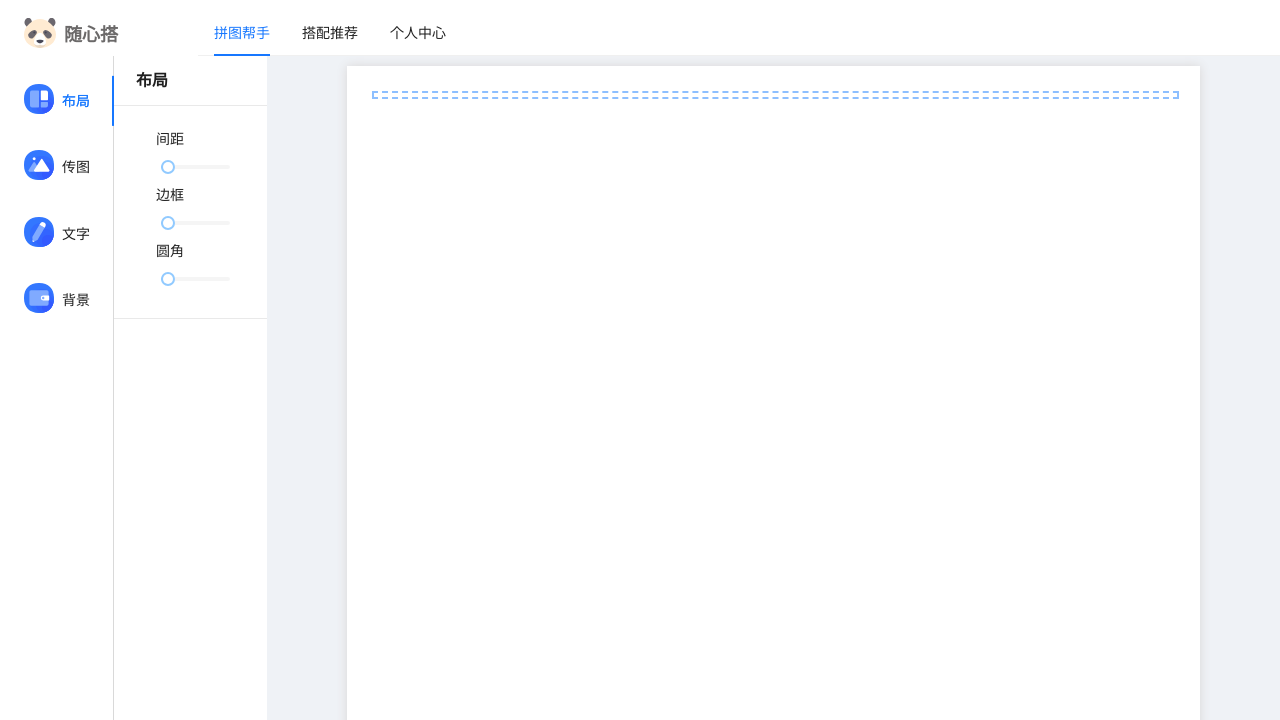
Repository: zzq1101921989/low-code
Page: /
The author's editor kept a copy of each file at every save. The page is drawn from the files as they stood at one save, then again after the next save.
The browser window is 1280 px wide. The pictures show the whole page.
The project was rebuilt for these pictures with package versions that can differ from the ones it lists, and the page was loaded fresh each time. Also part of the build but not shown: vite.config.ts, src/pages/admin/index.tsx, src/components/icon/ClothesIcon.tsx, src/components/icon/HairIcon.tsx, src/components/icon/PantsIcon.tsx, src/components/icon/ShoeIcon.tsx, src/pages/recommend/index.tsx.

Above is the page before, as saved 2023-05-07 12:33:00.

### index.html
<!DOCTYPE html>
<html lang="en">
  <head>
    <meta charset="UTF-8" />
    <link rel="icon" type="image/svg+xml" href="/vite.svg" />
    <meta name="viewport" content="width=device-width, initial-scale=1.0" />
    <title>搭配选择困难症？不懂搭？就来随心搭，找到属于自己的穿搭技巧</title>
  </head>
  <body>
    <div id="root"></div>
    <script type="module" src="/src/main.tsx"></script>
  </body>
</html>

### src/main.tsx
import ReactDOM from "react-dom/client";
import App from "./App";
import "./reset.css";

ReactDOM.createRoot(document.getElementById("root") as HTMLElement).render(
  <App />
);

### src/App.tsx
import { BrowserRouter, Navigate, Route, Routes } from "react-router-dom";
import LayoutComponent from "./components/layout";
import { routerConfig } from "./routers";

const App = () => {
  return (
    <BrowserRouter>
      <Routes>
        <Route path="/" element={<LayoutComponent />}>
          {/* 重定向 */}
          <Route path="/" element={<Navigate to="/home" />} />
          {routerConfig.map((item) => (
            <Route path={item.path} key={item.name} element={item.element} />
          ))}
        </Route>
        <Route path="*" element={<div>404</div>} />
      </Routes>
    </BrowserRouter>
  );
};

export default App;

### src/reset.css
html,body,div,span,applet,object,h1,h2,h3,h4,h5,h6,p,blockquote,pre,a,abbr,acronym,address,big,cite,code,del,dfn,em,img,ins,kbd,q,s,samp,small,strike,strong,sub,sup,tt,var,b,u,i,center,dl,dt,dd,ol,ul,li,fieldset,form,label,legend,table,caption,tbody,tfoot,thead,tr,th,td,article,aside,canvas,details,embed,figure,figcaption,footer,header,hgroup,menu,nav,output,ruby,section,summary,time,mark,audio,video {
	margin:0;
	padding:0;
	border:0;
	font-size:100%;
	font:inherit;
	font-weight:normal;
	vertical-align:baseline;
}
/* HTML5 display-role reset for older browsers */
article,aside,details,figcaption,figure,footer,header,hgroup,menu,nav,section {
	display:block;
}
ol,ul,li {
	list-style:none;
}
blockquote,q {
	quotes:none;
}
blockquote:before,blockquote:after,q:before,q:after {
	content:'';
	content:none;
}
table {
	border-collapse:collapse;
	border-spacing:0;
}
th,td {
	vertical-align:middle;
}
/* custom */
a {
	outline:none;
	color:#16418a;
	text-decoration:none;
	-webkit-backface-visibility: hidden;
}
a:focus {
	outline:none;
}
input:focus,select:focus,textarea:focus {
	outline:-webkit-focus-ring-color auto 0;
}

### src/components/layout/index.tsx
import Icon from "@ant-design/icons";
import type { CustomIconComponentProps } from "@ant-design/icons/es/components/Icon";
import { Space } from "antd";
import { Content } from "antd/es/layout/layout";
import { Outlet } from "react-router-dom";
import HeaderComponent from "../header";
import styles from "./index.module.less";

const PandaSvg = () => (
  <svg viewBox="0 0 1024 1024" width="1em" height="1em" fill="currentColor">
    <path
      d="M99.096 315.634s-82.58-64.032-82.58-132.13c0-66.064 33.032-165.162 148.646-148.646 83.37 11.91 99.096 165.162 99.096 165.162l-165.162 115.614zM924.906 315.634s82.58-64.032 82.58-132.13c0-66.064-33.032-165.162-148.646-148.646-83.37 11.91-99.096 165.162-99.096 165.162l165.162 115.614z"
      fill="#6B676E"
    />
    <path
      d="M1024 561.548c0 264.526-229.23 429.42-512.002 429.42S0 826.076 0 561.548 283.96 66.064 512.002 66.064 1024 297.022 1024 561.548z"
      fill="#FFEBD2"
    />
    <path
      d="M330.324 842.126c0 82.096 81.34 148.646 181.678 148.646s181.678-66.55 181.678-148.646H330.324z"
      fill="#E9D7C3"
    />
    <path
      d="M644.13 611.098C594.582 528.516 561.55 512 512.002 512c-49.548 0-82.58 16.516-132.13 99.096-42.488 70.814-78.73 211.264-49.548 247.742 66.064 82.58 165.162 33.032 181.678 33.032 16.516 0 115.614 49.548 181.678-33.032 29.18-36.476-7.064-176.93-49.55-247.74z"
      fill="#FFFFFF"
    />
    <path
      d="M611.098 495.484c0-45.608 36.974-82.58 82.58-82.58 49.548 0 198.194 99.098 198.194 165.162s-79.934 144.904-148.646 99.096c-49.548-33.032-132.128-148.646-132.128-181.678zM412.904 495.484c0-45.608-36.974-82.58-82.58-82.58-49.548 0-198.194 99.098-198.194 165.162s79.934 144.904 148.646 99.096c49.548-33.032 132.128-148.646 132.128-181.678z"
      fill="#6B676E"
    />
    <path
      d="M512.002 726.622c-30.06 0-115.614 5.668-115.614 33.032 0 49.638 105.484 85.24 115.614 82.58 10.128 2.66 115.614-32.944 115.614-82.58-0.002-27.366-85.556-33.032-115.614-33.032z"
      fill="#464655"
    />
    <path
      d="M330.324 495.484m-33.032 0a33.032 33.032 0 1 0 66.064 0 33.032 33.032 0 1 0-66.064 0Z"
      fill="#464655"
    />
    <path
      d="M693.678 495.484m-33.032 0a33.032 33.032 0 1 0 66.064 0 33.032 33.032 0 1 0-66.064 0Z"
      fill="#464655"
    />
  </svg>
);

const PandaIcon = (props: Partial<CustomIconComponentProps>) => (
  <Icon component={PandaSvg} {...props} />
);

export default function LayoutComponent() {
  return (
    <div className={styles["syd-layout"]}>
      <div className={styles["syd-header"]}>
        <div className={styles.logo}>
          <Space>
            <PandaIcon style={{ fontSize: "32px" }} />
            <div style={{ fontWeight: "bold", fontSize: 18, color: "#6b6969" }}>
              随心搭
            </div>
          </Space>
        </div>
        <HeaderComponent />
      </div>
      <Content className={styles["syd-content"]}>
        <Outlet />
      </Content>
    </div>
  );
}

### src/routers/index.tsx
import { RouteObject } from "react-router-dom";
import Admin from "../pages/admin";
import Home from "../pages/home";
import Recommend from "../pages/recommend";

export const routerConfig: (RouteObject & { name: string })[] = [
  {
    path: "home",
    name: "拼图帮手",
    element: <Home />,
  },
  {
    path: "recommend",
    name: "搭配推荐",
    element: <Recommend />,
  },
  {
    path: "admin",
    name: "个人中心",
    element: <Admin />,
  },
];

### src/components/header/index.tsx
import { Menu, MenuProps } from "antd";
import { Link, useLocation } from "react-router-dom";
import { routerConfig } from "../../routers";

export default function HeaderComponent() {

  const locaiton = useLocation();

  const items: MenuProps["items"] = routerConfig.map((key) => ({
    key: key.path,
    label: <Link to={`/${key.path}`}>{key.name}</Link>,
  }));

  return (
    <Menu
      style={{ flex: 1 }}
      mode="horizontal"
      selectedKeys={[locaiton.pathname.split("/")[1]]}
      items={items}
    />
  );
}

### src/components/layout/index.module.less
.syd-layout {
  width: 100%;
  height: 100vh;
  display: flex;
  flex-direction: column;
  overflow: hidden;
  .syd-header {
    display: flex;
    width: 100%;
    align-items: center;
    padding: 10px 24px 0 24px;
    background-color: #fff;
    .logo {
      margin-right: 80px;
    }
  }
  .syd-content {
    flex: auto;
    background: #eff2f6;
  }
}

### src/pages/home/index.tsx
import { Col, Row } from "antd";
import { FC } from "react";
import { DrawImage, Menu } from "./features";
import styles from "./index.module.less";

const Home: FC = () => {
  return (
    <Row style={{ height: "100%" }} className={styles.homeContainer}>
      <Col xl={5}>
        <Menu />
      </Col>
      <Col xl={19}>
        <DrawImage />
      </Col>
    </Row>
  );
};

export default Home;

### src/pages/home/features/index.tsx
export { default as Area } from './Area';
export { default as DrawImage } from './DrawImage';
export { default as Menu } from './Menu';

### src/pages/home/index.module.less
.homeContainer {
    :global{
        .ant-tabs-tabpane {
            padding-left: 0 !important
        }
        .ant-tabs-nav-wrap {
            padding-top: 20px;
        }
    }
}

### src/pages/home/features/Area/index.tsx
import { FC, ReactNode } from "react";
import styles from "./index.module.less";

interface AreaProps {
  /**
   * @name 头部区域内容
   */
  header: string | ReactNode;

  /**
   * @name 中间区域内容
   */
  centre?: string | ReactNode;
}
const Area: FC<AreaProps> = (props) => {
  const { header, centre } = props;

  return (
    <div className={`${styles["area-container"]}`}>
      <div
        className={`${styles["area-container-header"]} ${styles.padding} ${styles.borderBottom}`}
      >
        {header}
      </div>
      {centre && (
        <div
          className={`${styles["area-container-centre"]} ${styles.padding} ${styles["borderBottom"]}`}
        >
          {centre}
        </div>
      )}
    </div>
  );
};

export default Area;

### src/pages/home/features/DrawImage/index.tsx
import { Col, Row } from "antd";
import { FC } from "react";
import { ItemBox } from "../../components";

interface DrawImageProps {}
const DrawImage: FC<DrawImageProps> = (props) => {
  return (
    <div
      style={{
        width: "803px",
        height: "803px",
        padding: "25px",
        margin: '10px auto',
        background: "#fff",
        boxShadow: "0 0 10px #d9d6d6",
      }}
    >
      <Row gutter={[16, 16]}>
        <Col span={24}>
          <ItemBox />
        </Col>
      </Row>
    </div>
  );
};

export default DrawImage;

### src/pages/home/features/Menu/index.tsx
import { Slider, Space, Tabs, TabsProps } from "antd";
import { Area } from "..";
import {
  ColorIcon,
  ImageIcon,
  LayoutIcon,
  TextIcon,
} from "../../../../components/icon";

/**
 * 导航栏组件
 * @returns
 */
export default function Menu() {
  const items: TabsProps["items"] = [
    {
      label: (
        <Space>
          <LayoutIcon />
          布局
        </Space>
      ),
      key: "1",
      children: (
        <Area
          header="布局"
          centre={
            <div
              style={{
                width: "100%",
                display: "flex",
                flexDirection: "column",
                padding: '10px 20px',
                boxSizing: 'border-box'
              }}
            >
              <div>
                间距
                <Slider defaultValue={10} />
              </div>
              <div>
                边框
                <Slider defaultValue={10} />
              </div>
              <div>
                圆角
                <Slider defaultValue={10} />
              </div>
            </div>
          }
        />
      ),
    },
    {
      label: (
        <Space>
          <ImageIcon />
          传图
        </Space>
      ),
      key: "2",
      children: "",
    },
    {
      label: (
        <Space>
          <TextIcon />
          文字
        </Space>
      ),
      key: "3",
      children: "",
    },
    {
      label: (
        <Space>
          <ColorIcon />
          背景
        </Space>
      ),
      key: "4",
      children: "",
    },
  ];

  return (
    <Tabs
      tabPosition="left"
      items={items}
      style={{ background: "#fff", height: "100%" }}
    />
  );
}

### src/pages/home/features/Area/index.module.less
.area-container {
    width: 100%;
    .area-container-header {
        font-size: 18px;
    }
    .area-container-header {
        font-size: 16px;
        font-weight: bold;
    }
}
.padding {
    padding: 12px 12px 12px 22px;
}
.borderBottom {
    border-bottom: 1px solid #e9e9e9;
}

### src/pages/home/components/index.tsx
export { default as ItemBox } from './ItemBox';

### src/components/icon/index.tsx
export { default as ClothesIcon } from "./ClothesIcon";
export { default as ColorIcon } from "./ColorIcon";
export { default as HairIcon } from "./HairIcon";
export { default as ImageIcon } from "./ImageIcon";
export { default as LayoutIcon } from "./LayoutIcon";
export { default as PantsIcon } from "./PantsIcon";
export { default as ShoeIcon } from "./ShoeIcon";
export { default as TextIcon } from "./TextIcon";

### src/pages/home/components/ItemBox/index.tsx
import type { FC } from "react";
import { memo } from "react";

interface ItemBoxProps {

}
const ItemBox: FC<ItemBoxProps> = (props) => {
  const {  } = props;
  return (
    <div
      style={{
        width: '100%',
        height: '100%',
        border: "2px dashed rgba(30, 128, 255, 0.5)",
      }}
    ></div>
  );
};
export default memo(ItemBox);

### src/components/icon/ColorIcon.tsx
import Icon from "@ant-design/icons";
import { CustomIconComponentProps } from "@ant-design/icons/lib/components/Icon";

const Color = () => (
  <svg
    viewBox="0 0 1024 1024"
    version="1.1"
    xmlns="http://www.w3.org/2000/svg"
    p-id="7117"
    width="30"
    height="30"
  >
    <path
      d="M1023.910943 511.999898c5.11911 317.794367-194.116663 516.825376-511.91103 511.911029-317.794367 4.914346-516.825376-194.116663-511.91103-511.911029C-4.825463 194.20553 194.205546-4.825478 511.999913 0.088868c317.794367-4.914346 516.825376 194.116663 511.91103 511.91103z"
      fill="#3377FF"
      p-id="7118"
    ></path>
    <path
      d="M1022.477592 566.671996C1006.915497 340.40732 852.318366 201.16752 614.382119 204.85328c-254.112635-4.095288-413.624112 155.416189-409.528824 409.528824-3.890524 237.936247 135.554041 392.533378 361.613952 408.095473 268.036615-16.381153 439.629192-187.97373 456.010345-455.805581z"
      fill="#336DFF"
      p-id="7119"
    ></path>
    <path
      d="M1015.515602 629.944199C985.824762 491.523456 876.480566 407.160519 716.764325 409.617692c-190.635668-3.071466-310.218084 116.51095-307.146618 307.146618-2.457173 159.716241 81.905765 269.060437 220.121743 298.751277 211.112109-34.400421 351.375731-174.664043 385.776152-385.571388z"
      fill="#3364FF"
      p-id="7120"
    ></path>
    <path
      d="M997.701098 705.707031C964.734028 646.734881 902.076118 613.153517 819.146531 614.382104c-127.1587-2.047644-206.812056 77.605712-204.764412 204.764412-1.433351 82.929587 32.352777 145.587497 91.120163 178.554567a431.233852 431.233852 0 0 0 292.198816-291.994052z"
      fill="#335AFF"
      p-id="7121"
    ></path>
    <path
      d="M184.376854 245.806162m61.429324 0l532.387471 0q61.429324 0 61.429323 61.429324l0 409.528824q0 61.429324-61.429323 61.429323l-532.387471 0q-61.429324 0-61.429324-61.429323l0-409.528824q0-61.429324 61.429324-61.429324Z"
      fill="#80AAFF"
      p-id="7122"
    ></path>
    <path
      d="M655.335001 430.094133h184.287971a20.476441 20.476441 0 0 1 20.476441 20.476441v122.858647a20.476441 20.476441 0 0 1-20.476441 20.476441h-184.287971a81.905765 81.905765 0 0 1-81.905764-81.905764 81.905765 81.905765 0 0 1 81.905764-81.905765z"
      fill="#FFFFFF"
      p-id="7123"
    ></path>
    <path
      d="M655.335001 511.999898m-40.952882 0a40.952882 40.952882 0 1 0 81.905765 0 40.952882 40.952882 0 1 0-81.905765 0Z"
      fill="#80AAFF"
      p-id="7124"
    ></path>
  </svg>
);

export default function ColorIcon(props: Partial<CustomIconComponentProps>) {
  return <Icon component={Color} {...props} />;
}

### src/components/icon/ImageIcon.tsx
import Icon from "@ant-design/icons";
import { CustomIconComponentProps } from "@ant-design/icons/lib/components/Icon";

const Image = () => (
  <svg
    viewBox="0 0 1024 1024"
    version="1.1"
    xmlns="http://www.w3.org/2000/svg"
    p-id="1209"
    width="30"
    height="30"
  >
    <path
      d="M1023.910943 511.999898c5.11911 317.794367-194.116663 516.825376-511.91103 511.911029-317.794367 4.914346-516.825376-194.116663-511.91103-511.911029C-4.825463 194.20553 194.205546-4.825478 511.999913 0.088868c317.794367-4.914346 516.825376 194.116663 511.91103 511.91103z"
      fill="#3377FF"
      p-id="1210"
    ></path>
    <path
      d="M1022.477592 566.671996C1006.915497 340.40732 852.318366 201.16752 614.382119 204.85328c-254.112635-4.095288-413.624112 155.416189-409.528824 409.528824-3.890524 237.936247 135.554041 392.533378 361.613952 408.095473 268.036615-16.381153 439.629192-187.97373 456.010345-455.805581z"
      fill="#336DFF"
      p-id="1211"
    ></path>
    <path
      d="M1015.515602 629.944199C985.824762 491.523456 876.480566 407.160519 716.764325 409.617692c-190.635668-3.071466-310.218084 116.51095-307.146618 307.146618-2.457173 159.716241 81.905765 269.060437 220.121743 298.751277 211.112109-34.400421 351.375731-174.664043 385.776152-385.571388z"
      fill="#3364FF"
      p-id="1212"
    ></path>
    <path
      d="M312.968905 439.308531L158.781302 678.678129a40.952882 40.952882 0 0 0 34.400422 63.067439h308.375204a40.952882 40.952882 0 0 0 34.400421-63.067439l-154.187602-239.574362a40.952882 40.952882 0 0 0-68.800842 0.204764z"
      fill="#80AAFF"
      p-id="1213"
    ></path>
    <path
      d="M997.701098 705.707031C964.734028 646.734881 902.076118 613.153517 819.146531 614.382104c-127.1587-2.047644-206.812056 77.605712-204.764412 204.764412-1.433351 82.929587 32.352777 145.587497 91.120163 178.554567a431.233852 431.233852 0 0 0 292.198816-291.994052z"
      fill="#335AFF"
      p-id="1214"
    ></path>
    <path
      d="M571.586357 329.554807l-225.240853 349.123322a40.952882 40.952882 0 0 0 34.400421 63.067439h450.481706a40.952882 40.952882 0 0 0 34.400421-63.067439l-225.240853-349.123322a40.952882 40.952882 0 0 0-68.800842 0z"
      fill="#FFFFFF"
      p-id="1215"
    ></path>
    <path
      d="M347.369326 294.540092m-51.191103 0a51.191103 51.191103 0 1 0 102.382206 0 51.191103 51.191103 0 1 0-102.382206 0Z"
      fill="#FFFFFF"
      p-id="1216"
    ></path>
  </svg>
);

export default function ImageIcon(props: Partial<CustomIconComponentProps>) {
  return <Icon component={Image} {...props} />;
}

### src/components/icon/LayoutIcon.tsx
import Icon from "@ant-design/icons";
import { CustomIconComponentProps } from "@ant-design/icons/lib/components/Icon";

const Layout = () => (
  <svg
    viewBox="0 0 1024 1024"
    version="1.1"
    xmlns="http://www.w3.org/2000/svg"
    p-id="1056"
    width="30"
    height="30"
  >
    <path
      d="M1023.910943 511.999898c5.11911 317.794367-194.116663 516.825376-511.91103 511.911029-317.794367 4.914346-516.825376-194.116663-511.91103-511.911029C-4.825463 194.20553 194.205546-4.825478 511.999913 0.088868c317.794367-4.914346 516.825376 194.116663 511.91103 511.91103z"
      fill="#3377FF"
      p-id="1057"
    ></path>
    <path
      d="M1022.477592 566.671996C1006.915497 340.40732 852.318366 201.16752 614.382119 204.85328c-254.112635-4.095288-413.624112 155.416189-409.528824 409.528824-3.890524 237.936247 135.554041 392.533378 361.613952 408.095473 268.036615-16.381153 439.629192-187.97373 456.010345-455.805581z"
      fill="#336DFF"
      p-id="1058"
    ></path>
    <path
      d="M1015.515602 629.944199C985.824762 491.523456 876.480566 407.160519 716.764325 409.617692c-190.635668-3.071466-310.218084 116.51095-307.146618 307.146618-2.457173 159.716241 81.905765 269.060437 220.121743 298.751277 211.112109-34.400421 351.375731-174.664043 385.776152-385.571388z"
      fill="#3364FF"
      p-id="1059"
    ></path>
    <path
      d="M997.701098 705.707031C964.734028 646.734881 902.076118 613.153517 819.146531 614.382104c-127.1587-2.047644-206.812056 77.605712-204.764412 204.764412-1.433351 82.929587 32.352777 145.587497 91.120163 178.554567a431.233852 431.233852 0 0 0 292.198816-291.994052z"
      fill="#335AFF"
      p-id="1060"
    ></path>
    <path
      d="M593.905678 225.329721h163.811529a61.429324 61.429324 0 0 1 61.429324 61.429323v245.717295a20.476441 20.476441 0 0 1-20.476441 20.476441H593.905678a20.476441 20.476441 0 0 1-20.476441-20.476441V245.806162a20.476441 20.476441 0 0 1 20.476441-20.476441z"
      fill="#FFFFFF"
      p-id="1061"
    ></path>
    <path
      d="M593.905678 614.382104h204.764412a20.476441 20.476441 0 0 1 20.476441 20.476441v102.382206a61.429324 61.429324 0 0 1-61.429324 61.429323h-163.811529a20.476441 20.476441 0 0 1-20.476441-20.476441v-143.335088a20.476441 20.476441 0 0 1 20.476441-20.476441zM266.282619 225.329721h225.240853a20.476441 20.476441 0 0 1 20.476441 20.476441v532.387471a20.476441 20.476441 0 0 1-20.476441 20.476441H266.282619a61.429324 61.429324 0 0 1-61.429324-61.429323V286.759044a61.429324 61.429324 0 0 1 61.429324-61.429323z"
      fill="#80AAFF"
      p-id="1062"
    ></path>
  </svg>
);

export default function LayoutIcon(props: Partial<CustomIconComponentProps>) {
  return <Icon component={Layout} {...props} />;
}

### src/components/icon/TextIcon.tsx
import Icon from "@ant-design/icons";
import { CustomIconComponentProps } from "@ant-design/icons/lib/components/Icon";

const Text = () => (
  <svg
    viewBox="0 0 1024 1024"
    version="1.1"
    xmlns="http://www.w3.org/2000/svg"
    p-id="1365"
    width="30"
    height="30"
  >
    <path
      d="M1023.910943 511.999898c5.11911 317.794367-194.116663 516.825376-511.91103 511.911029-317.794367 4.914346-516.825376-194.116663-511.91103-511.911029C-4.825463 194.20553 194.205546-4.825478 511.999913 0.088868c317.794367-4.914346 516.825376 194.116663 511.91103 511.91103z"
      fill="#3377FF"
      p-id="1366"
    ></path>
    <path
      d="M1022.477592 566.671996C1006.915497 340.40732 852.318366 201.16752 614.382119 204.85328c-254.112635-4.095288-413.624112 155.416189-409.528824 409.528824-3.890524 237.936247 135.554041 392.533378 361.613952 408.095473 268.036615-16.381153 439.629192-187.97373 456.010345-455.805581z"
      fill="#336DFF"
      p-id="1367"
    ></path>
    <path
      d="M1015.515602 629.944199C985.824762 491.523456 876.480566 407.160519 716.764325 409.617692c-190.635668-3.071466-310.218084 116.51095-307.146618 307.146618-2.457173 159.716241 81.905765 269.060437 220.121743 298.751277 211.112109-34.400421 351.375731-174.664043 385.776152-385.571388z"
      fill="#3364FF"
      p-id="1368"
    ></path>
    <path
      d="M997.701098 705.707031C964.734028 646.734881 902.076118 613.153517 819.146531 614.382104c-127.1587-2.047644-206.812056 77.605712-204.764412 204.764412-1.433351 82.929587 32.352777 145.587497 91.120163 178.554567a431.233852 431.233852 0 0 0 292.198816-291.994052z"
      fill="#335AFF"
      p-id="1369"
    ></path>
    <path
      d="M526.538186 263.82543L293.311521 668.03038a61.429324 61.429324 0 0 0-7.985812 35.629007l9.828692 125.725349a20.476441 20.476441 0 0 0 28.667017 17.200211l118.763359-51.600632A61.429324 61.429324 0 0 0 471.047031 769.388763l232.817136-403.181127z"
      fill="#80AAFF"
      p-id="1370"
    ></path>
    <path
      d="M687.687779 189.495949a102.382206 102.382206 0 0 0-139.854094 37.471887l-20.476441 36.857594 177.325981 102.382206 20.476441-36.857594a102.382206 102.382206 0 0 0-37.471887-139.854093zM292.082935 790.479498l3.071466 38.905238a20.476441 20.476441 0 0 0 28.667017 17.200211l37.267123-16.176389z"
      fill="#FFFFFF"
      p-id="1371"
    ></path>
  </svg>
);

export default function TextIcon(props: Partial<CustomIconComponentProps>) {
  return <Icon component={Text} {...props} />;
}

After the next save:
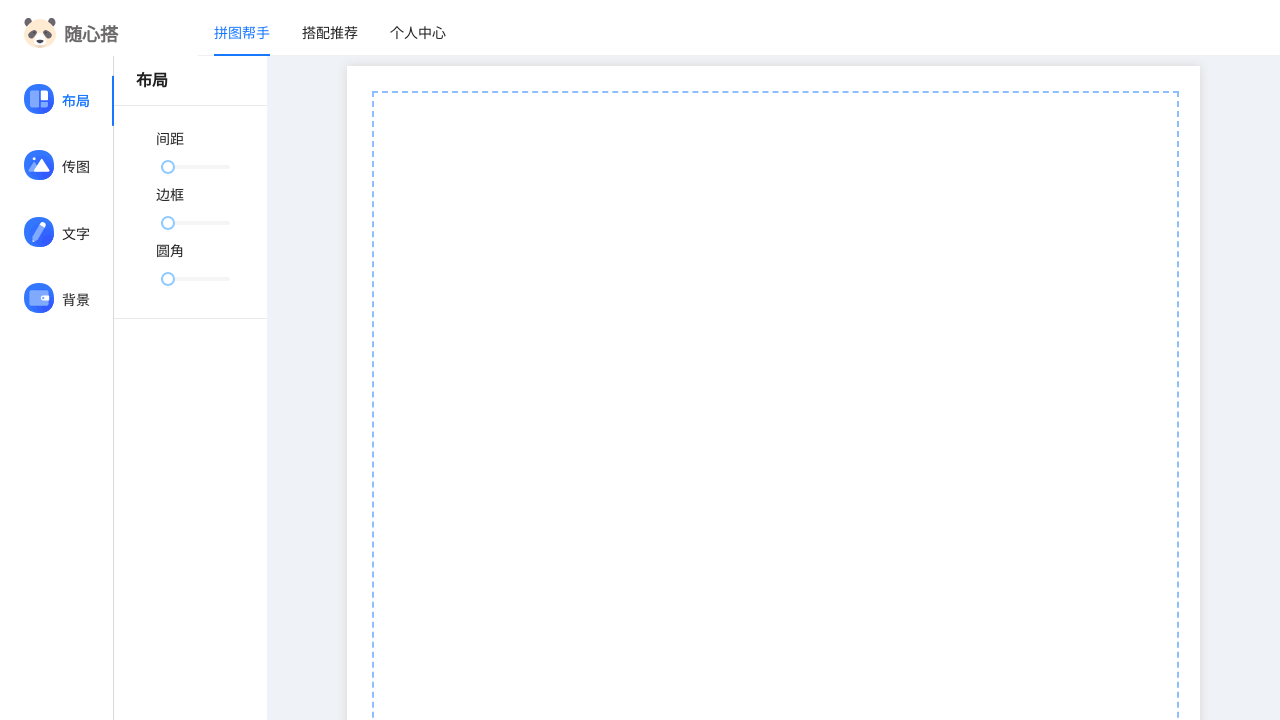
Saved 3 min 9 s later.
--- a/src/pages/home/features/DrawImage/index.tsx
+++ b/src/pages/home/features/DrawImage/index.tsx
@@ -15,7 +15,7 @@ const DrawImage: FC<DrawImageProps> = (props) => {
         boxShadow: "0 0 10px #d9d6d6",
       }}
     >
-      <Row gutter={[16, 16]}>
+      <Row gutter={[16, 16]} style={{ height: '100%' }}>
         <Col span={24}>
           <ItemBox />
         </Col>
